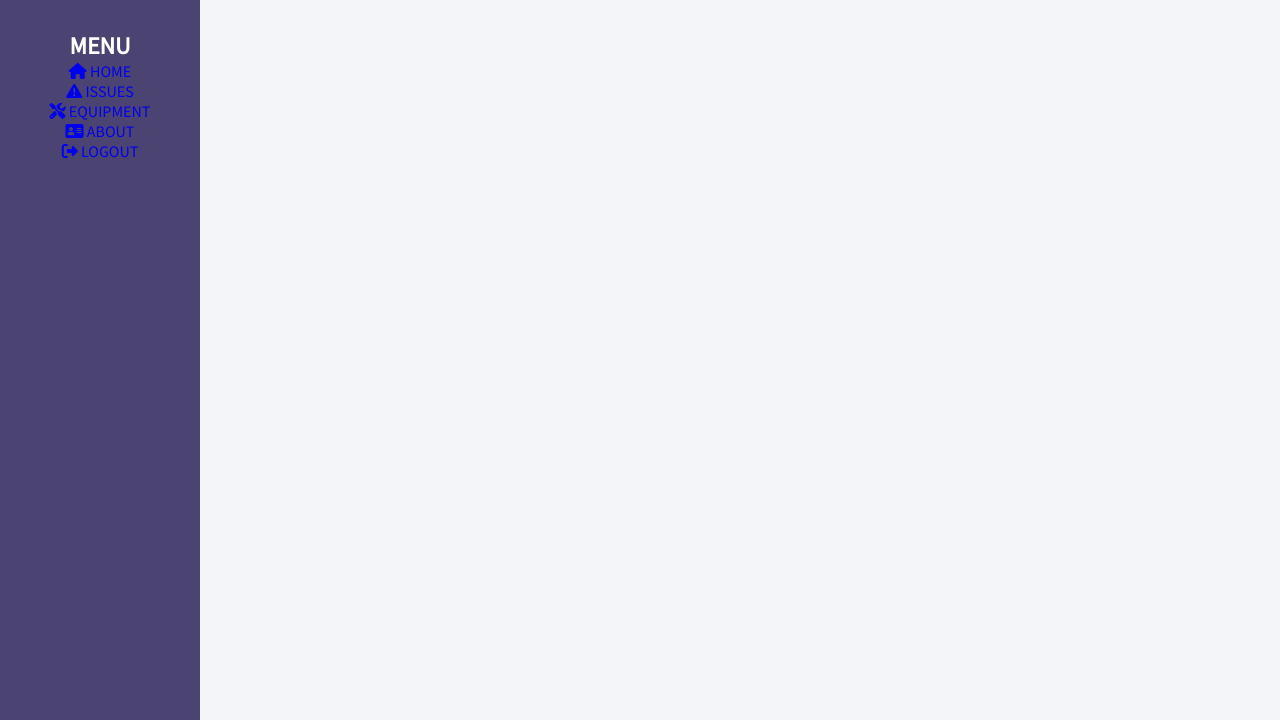
Repository: Lungdjos/ZescoIssueTS
Page: zits/src/main/resources/templates/about_us.html
The author's editor kept a copy of each file at every save. The page is drawn from the files as they stood at one save, then again after the next save.
The browser window is 1280 px wide. The pictures show the whole page.
Some web libraries are served in a nearby version.

Above is the page before, as saved 2021-07-09 22:49:03.

### zits/src/main/resources/templates/about_us.html
<!DOCTYPE html>
<html lang="en">

<head>
    <meta charset="UTF-8">
    <title>About Us Page</title>
    <link rel="stylesheet" href="https://pro.fontawesome.com/releases/v5.10.0/css/all.css" integrity="sha384-AYmEC3Yw5cVb3ZcuHtOA93w35dYTsvhLPVnYs9eStHfGJvOvKxVfELGroGkvsg+p" crossorigin="anonymous" />
    <link rel="stylesheet" href="/css/styles.css">

    <script src="https://kit.fontawesome.com/953cd41e6c.js" crossorigin="anonymous"></script>
</head>

<body>
    <div class="wrapper">
        <div class="sidebar">
            <h2>Menu</h2>
            <ul>
                <li>
                    <a href="#"><i class="fas fa-home"></i> Home</a>
                </li>
                <li>
                    <a href="#"><i class="fas fa-exclamation-triangle"></i> Issues</a>
                </li>
                <li>
                    <a href="#"><i class="fas fa-tools"></i> Equipment</a>
                </li>
                <li>
                    <a href="#"><i class="fas fa-address-card"></i> About</a>
                </li>
                <li>
                    <a href="#"><i class="fas fa-sign-out-alt"></i> Logout</a>
                </li>
            </ul>
        </div>
        <div class="main_content">
            <div class="header">Welcome User</div>
            <div class="info">
                <div>
                    lorem lorem ipsum
                </div>
            </div>
        </div>
    </div>


</body>

</html>

### zits/src/main/resources/templates/css/styles.css
@import url('https://fonts.googleapis.com/css2?family=Source+Sans+Pro&display=swap');
* {
    margin: 0;
    padding: 0;
    box-sizing: border-box;
    list-style: none;
    text-decoration: none;
    font-family: Source Sans Pro;
}

body {
    background: #f3f5f9;
}

.wrapper {
    display: flex;
    position: relative;
}

.wrapper .sidebar {
    position: fixed;
    width: 200px;
    height: 100%;
    background: #4b4372;
    padding: 30px 0;
}

.wrapper .sidebar {
    color: #fff;
    text-transform: uppercase;
    text-align: center;
    margin-bottom: 30px;
}

After the next save:
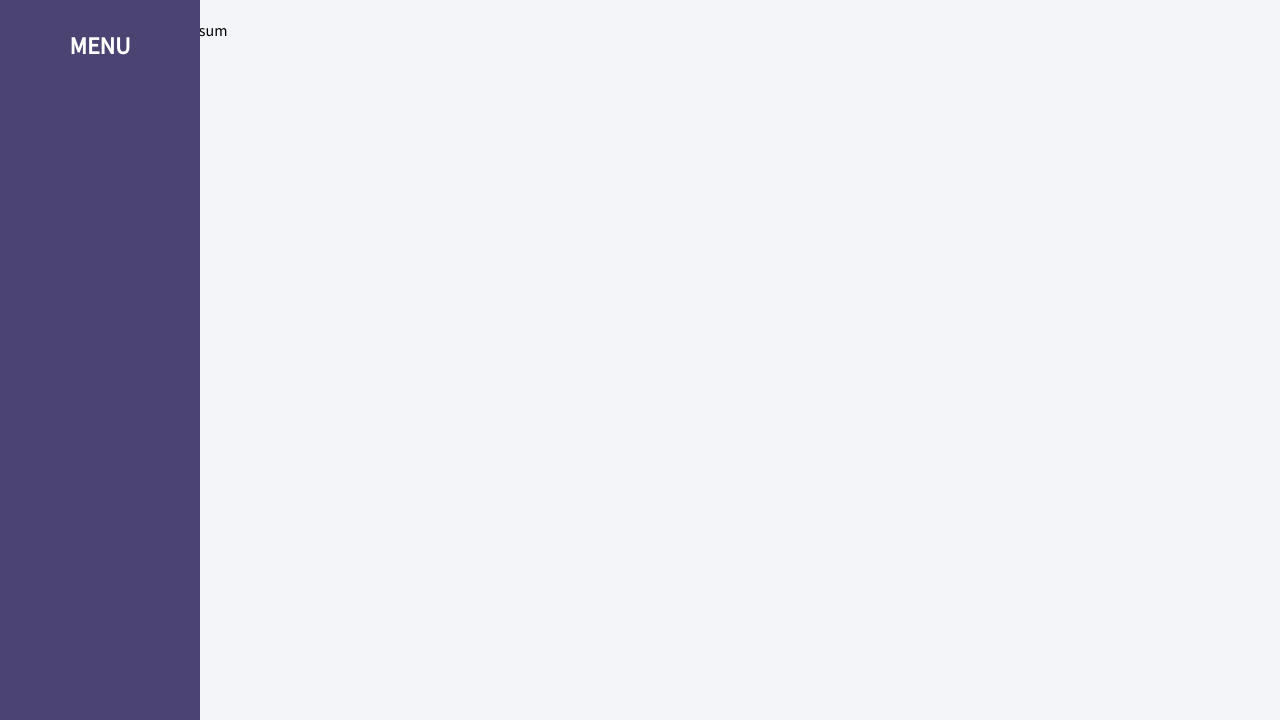
Saved 20 s later.
--- a/zits/src/main/resources/templates/css/styles.css
+++ b/zits/src/main/resources/templates/css/styles.css
@@ -17,7 +17,7 @@
     position: relative;
 }
 
-.wrapper .sidebar {
+.wrapper .sidebar h2 {
     position: fixed;
     width: 200px;
     height: 100%;
